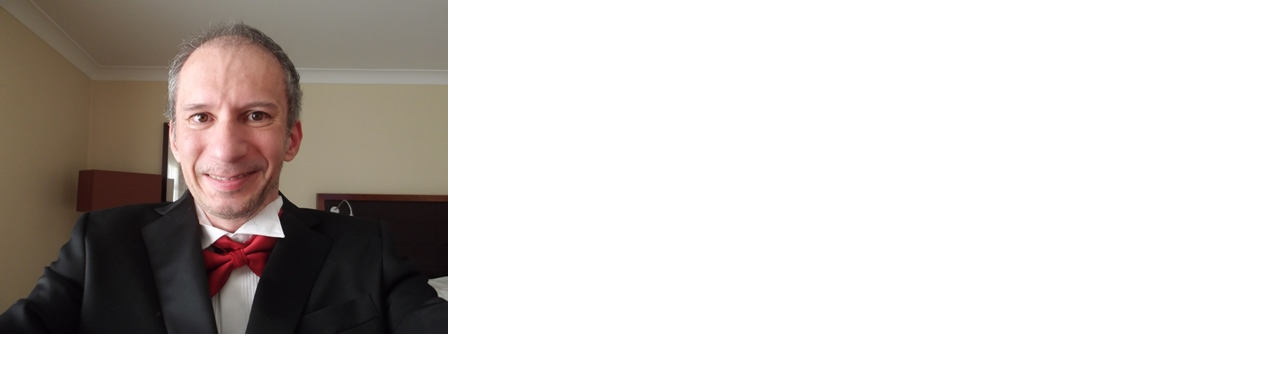
Repository: derektypist/product-landing-page
Page: index.html
The author's editor kept a record of every edit. The page is drawn from the files as they stood at one moment, then again after the next edit.
The browser window is 1280 px wide. The pictures show the whole page.

Above is the page before.

After the next edit:
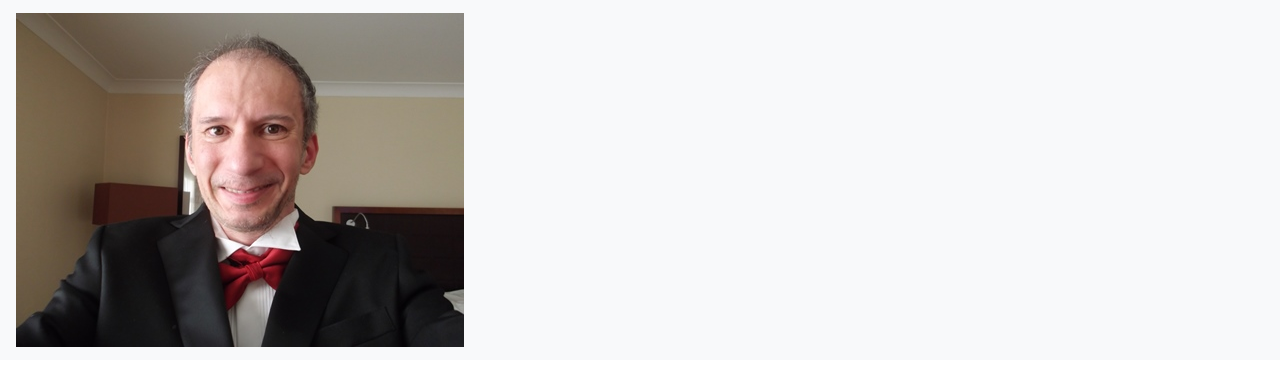
The edit:
--- a/index.html
+++ b/index.html
@@ -23,7 +23,11 @@
 <body>
     <!-- Set Up Header -->
     <header id="header">
-        <img src="derek.JPG" id="header-img">
+        <nav class="navbar navbar-light bg-light" id="nav-bar">
+  <a class="navbar-brand" href="index.html">
+    <img src="derek.JPG" id="header-img">
+  </a>
+</nav>
     </header>
 </body>
 </html>
